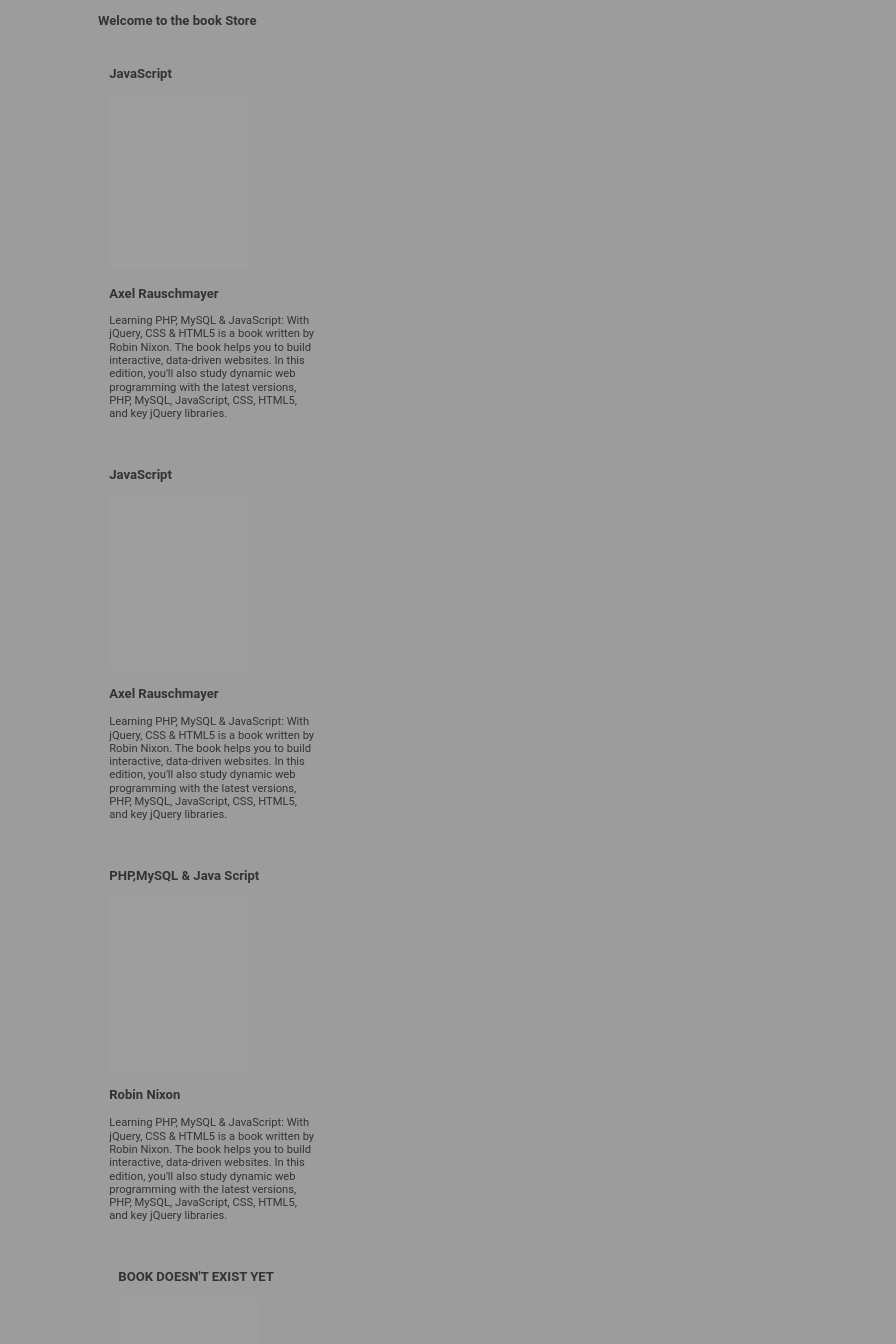
Repository: Axe33ile/React_JS
Page: / (app in book/)
An editor plug-in stored every save of this project. The page is shown before and after the next save, followed by the edit.
The browser window is 1280 px wide. The pictures show the part of the page from y = 0 to 1920 px (the page is 2365 px tall before and 2569 px after), at 70% of full size.
Pictures or frames that could not be fetched are drawn as grey boxes. The project was rebuilt for these pictures with package versions that can differ from the ones it lists, and the page was loaded fresh each time.

Above is the page before, as saved 2021-04-24 00:30:01.

After the next save:
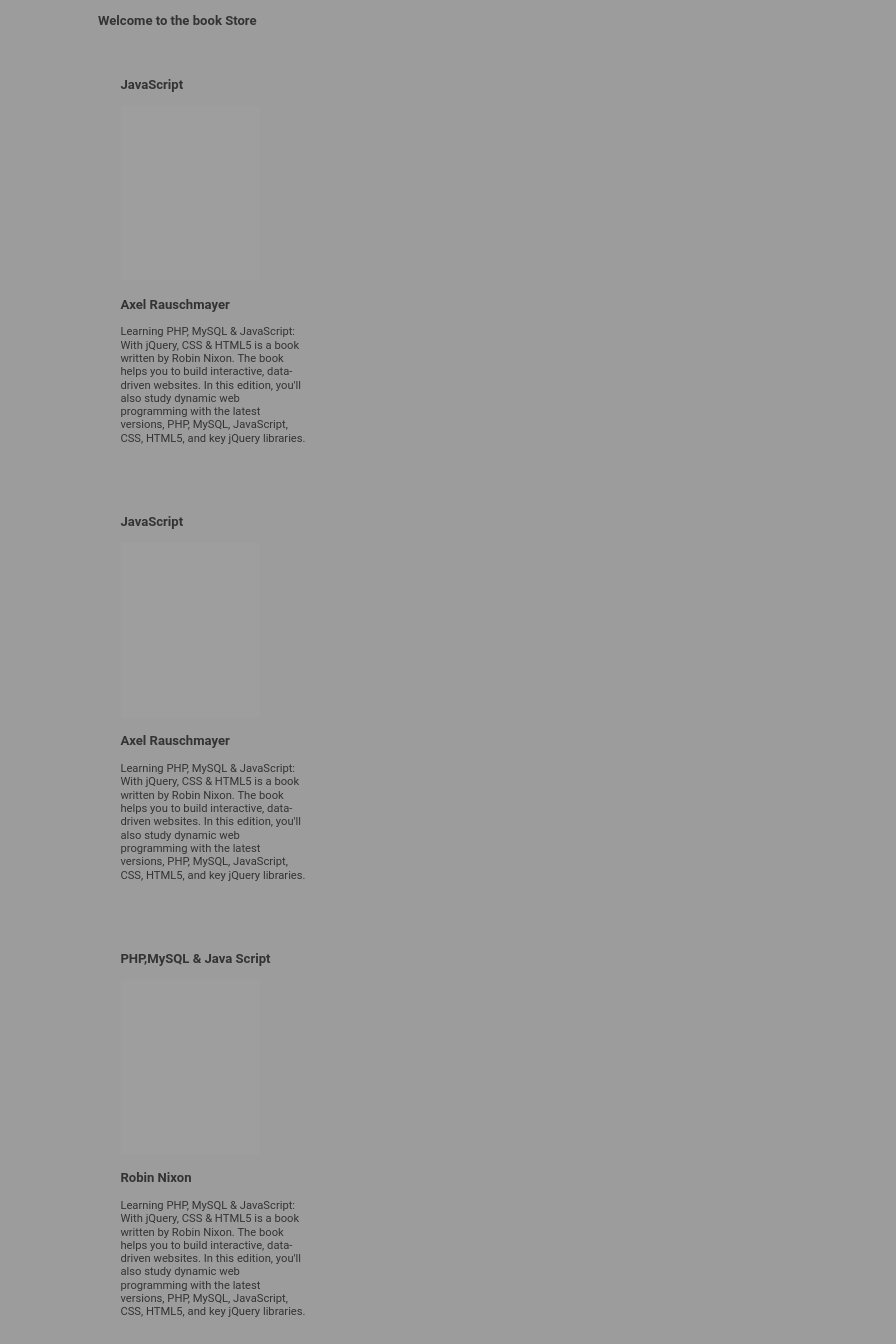
Saved 9 s later.
--- a/book/src/index.css
+++ b/book/src/index.css
@@ -54,7 +54,7 @@
 }
 
 .book {
-  margin: 1rem;
+  margin: 2rem;
 }
 
 .photo {

After the 4 saves that followed:
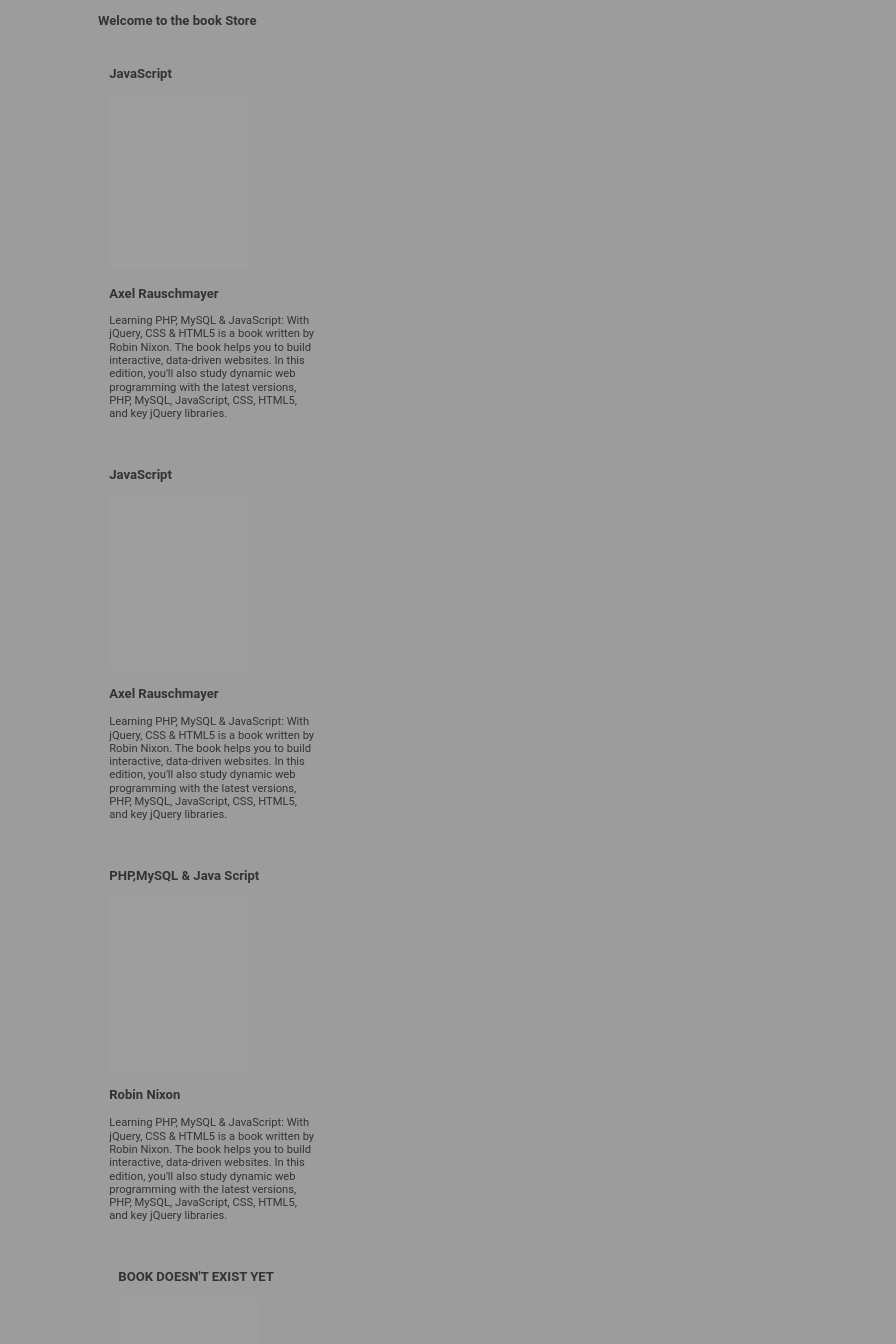
The 4 saves are shown as one change because they came seconds apart.
The last was saved 11 s later.
--- a/book/src/index.css
+++ b/book/src/index.css
@@ -54,7 +54,7 @@
 }
 
 .book {
-  margin: 2rem;
+  margin: 1rem;
 }
 
 .photo {
